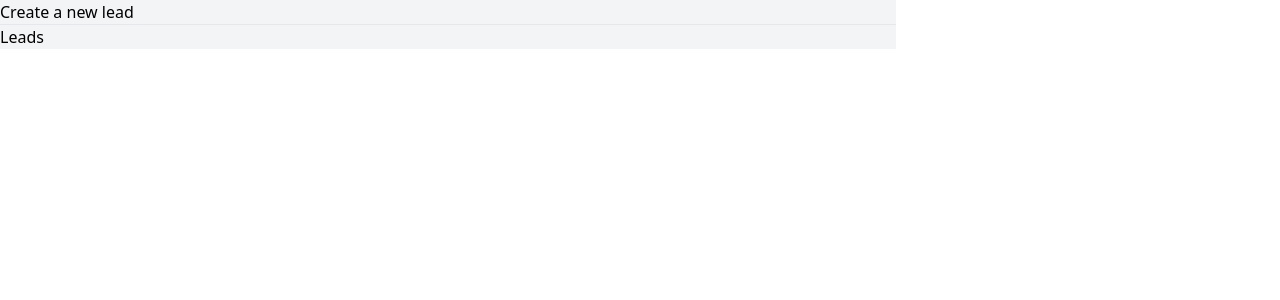
Repository: guidogr95/Django-CRM
Page: http://localhost/leads/
The author's editor kept a copy of each file at every save. The page is drawn from the files as they stood at one save, then again after the next save.
The browser window is 1280 px wide. The pictures show the whole page.
The page is served by the project's application, run on Django 3.2 (manage.py). Other server files are loaded and not shown. Queries for data that is not in the repository find no rows.

Above is the page before, as saved 2021-06-27 15:56:59.

### leads/templates/leads/lead_list.html
{% extends 'base.html' %}
{% block content %}
    <a href="{% url 'leads:lead_create' %}">Create a new lead</a>
    <hr/>
    <h1>Leads</h1>
    {% for lead in leads %}
    <div class="lead" >
      <a href="{% url 'leads:lead_detail' lead.pk %}">{{ lead.first_name }} {{ lead.last_name }}</a>. Age: {{ lead.age }}
    </div>
    {% endfor %}
{% endblock content %}

### templates/base.html
<!DOCTYPE html>
<html>
  <head>
    <meta charset="utf-8">
    <meta http-equiv="X-UA-Compatible" content="IE=edge">
    <title>DJCRM</title>
    <meta name="description" content="">
    <meta name="viewport" content="width=device-width, initial-scale=1">
    <link href="https://unpkg.com/tailwindcss@^2/dist/tailwind.min.css" rel="stylesheet">
  </head>
  <body>
    <div class="max-w-4xl bg-gray-100">
    {% block content %}
    {% endblock content %}
    </div>
  </body>
</html>

### leads/views.py
from django.shortcuts import render, redirect
from django.http import HttpResponse
from .models import Lead, Agent
from .forms import LeadForm, LeadModelForm

def lead_list(request):
  leads = Lead.objects.all()
  context = {
    'leads': leads
  }
  return render(request, "leads/lead_list.html", context)

def lead_detail(request, pk):
  lead = Lead.objects.get(id=pk)
  context = {
    'lead': lead
  }
  return render(request, "leads/lead_detail.html", context)

def lead_create(request):
  form = LeadModelForm()
  if request.method == 'POST':
    print('Retrieving a post request')
    # reassigning
    form = LeadModelForm(request.POST)
    if form.is_valid():
      # first_name = form.cleaned_data['first_name']
      # last_name = form.cleaned_data['last_name']
      # age = form.cleaned_data['age']
      # agent = form.cleaned_data['agent']
      # Lead.objects.create(
      #   first_name=first_name,
      #   last_name=last_name,
      #   age=age,
      #   agent=agent
      # ) since we specify the model for the form this is equal to:
      form.save()
      return redirect('/leads')
  context = {
    'form': form
  }
  return render(request, "leads/lead_create.html", context)

def lead_update(request, pk):
  lead = Lead.objects.get(id=pk)
  form = LeadModelForm(instance=lead)
  if request.method == 'POST':
    print('Retrieving a post request')
    # reassigning
    form = LeadModelForm(request.POST, instance=lead)
    if form.is_valid():
      form.save()
      return redirect(f'/leads/{pk}')
  context = {
    'form': form,
    'lead': lead
  }
  return render(request, "leads/lead_update.html", context)

def lead_delete(request, pk):
  lead = Lead.objects.get(id=pk)
  lead.delete()
  return redirect ('/leads')

# def lead_update(request, pk):
#   lead = Lead.objects.get(id=pk)
#   form = LeadForm()
#   if request.method == 'POST':
#     form = LeadForm(request.POST)
#     if form.is_valid():
#       first_name = form.cleaned_data['first_name']
#       last_name = form.cleaned_data['last_name']
#       age = form.cleaned_data['age']
#       lead.first_name = first_name
#       lead.last_name = last_name
#       lead.age = age
#       # commit changes to db
#       lead.save()
#       return redirect(f'/leads/{pk}')
#   context = {
#     'lead': lead,
#     'form': form
#   }
#   return render(request, "leads/lead_update.html", context)


# def lead_create(request):
  # form = LeadModelForm()
  # if request.method == 'POST':
  #   print('Retrieving a post request')
  #   # reassigning
  #   form = LeadModelForm(request.POST)
  #   if form.is_valid():
  #     print("Form is valid")
  #     print(form.cleaned_data)
  #     first_name = form.cleaned_data['first_name']
  #     last_name = form.cleaned_data['last_name']
  #     age = form.cleaned_data['age']
  #     agent = Agent.objects.first()
  #     Lead.objects.create(
  #       first_name=first_name,
  #       last_name=last_name,
  #       age=age,
  #       agent=agent
  #     )
  #     print("created")
  #     return redirect('/leads')
#   context = {
#     'form': form
#   }
#   return render(request, "leads/lead_create.html", context)

### djcrm/urls.py
from django.contrib import admin
from django.urls import path, include

urlpatterns = [
    path('admin/', admin.site.urls),
    # Add custom paths
    path('leads/', include('leads.urls', namespace="leads"))
]

### leads/urls.py
from django.urls import path
from .views import lead_list, lead_detail, lead_create, lead_update, lead_delete

app_name = "leads"

urlpatterns = [
    path('', lead_list, name='lead_list'),
    path('create/', lead_create, name='lead_create'),
    path('<int:pk>/delete/', lead_delete, name='lead_delete'),
    path('<int:pk>/update/', lead_update, name='lead_update'),
    path('<int:pk>/', lead_detail, name='lead_detail')
]

After the next save:
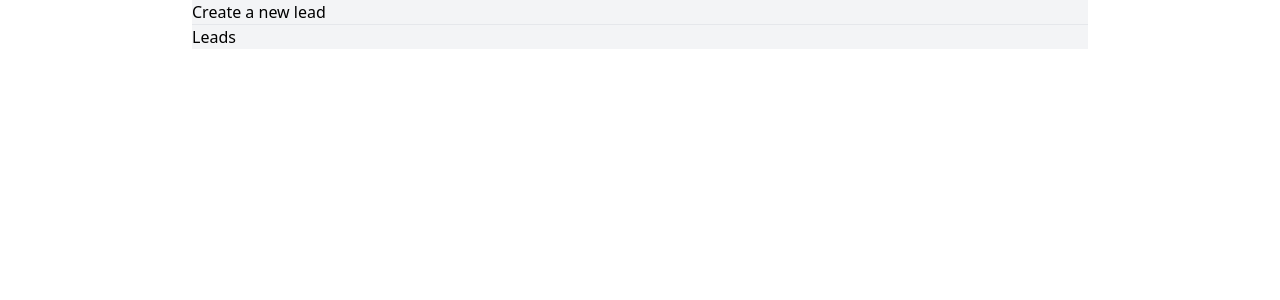
Saved 13 s later.
--- a/templates/base.html
+++ b/templates/base.html
@@ -9,7 +9,7 @@
     <link href="https://unpkg.com/tailwindcss@^2/dist/tailwind.min.css" rel="stylesheet">
   </head>
   <body>
-    <div class="max-w-4xl bg-gray-100">
+    <div class="max-w-4xl mx-auto bg-gray-100">
     {% block content %}
     {% endblock content %}
     </div>
